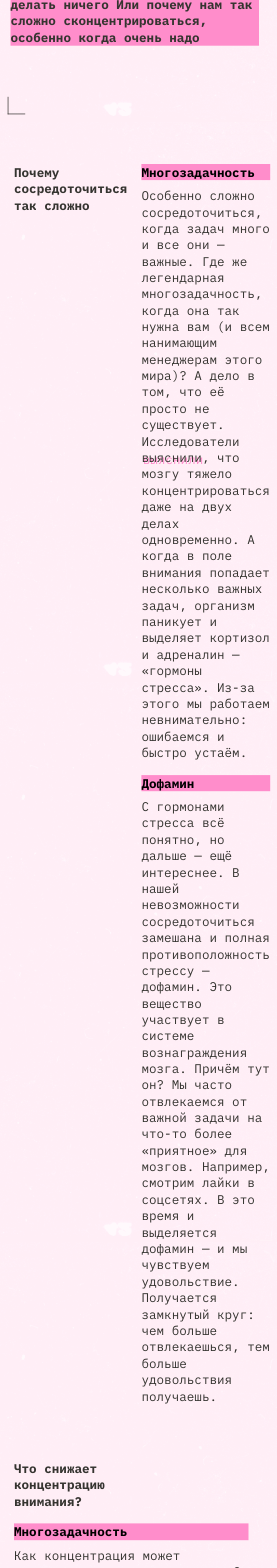
Repository: Hadoooouken/slozhno-sosredotochitsya
Page: index.html
These files come from the project's save history. The page is drawn as it stood at one moment and after the next save; the edit follows.
The browser window is 375 px wide. The page is 396 px wide, so the pictures cover 396 px, including what lies to the right of the window. The pictures show the part of the page from y = 625 to 2865 px (the page is 8600 px tall), at 70% of full size.
Backgrounds fixed to the window are drawn as part of the page.

Above is the page before, as saved 2024-01-24 21:30:47.

### index.html
<!DOCTYPE html>
<html lang="ru">
  <head>
    <meta charset="UTF-8" />
    <meta http-equiv="X-UA-Compatible" content="IE=edge" />
    <meta name="viewport" content="width=device-width, initial-scale=1.0" />
    <meta name="color-scheme" content="dark light" />
    <link rel="icon" href="images/favicon.svg" sizes="any" />
    <link rel="stylesheet" href="fonts/fonts.css" />
    <link rel="stylesheet" href="styles/globals.css" />
    <link rel="stylesheet" href="./styles/variables.css" />
    <link rel="stylesheet" href="scripts/script.js" />
    <link rel="stylesheet" href="./styles/style.css" />
    <link rel="stylesheet" href="./styles/dark.css" />
    <link rel="stylesheet" href="./styles/light.css" />
    <title>Сложно сосредоточиться</title>
  </head>
  <body class="page">
    <header class="header decorated-zone">
      <div class="decoration-element" aria-hidden="true"></div>
      <nav class="header__theme-menu">
        <ul class="header__theme-menu-list">
          <li class="header__theme-menu-item">
            <button
              class="header__theme-menu-button header__theme-menu-button_type_light"
            >
              День
            </button>
          </li>
          <li class="header__theme-menu-item">
            <button
              class="header__theme-menu-button header__theme-menu-button_active header__theme-menu-button_type_auto"
              disabled
            >
              Авто
            </button>
          </li>
          <li class="header__theme-menu-item">
            <button
              class="header__theme-menu-button header__theme-menu-button_type_dark"
            >
              Неон
            </button>
          </li>
        </ul>
      </nav>
      <h1 class="header__title">no focus</h1>
      <div class="header__text title_decor">
        <p>
          Что делать, когда не можешь делать ничего Или&nbsp;почему нам так
          сложно сконцентрироваться, особенно когда очень надо
        </p>
      </div>
    </header>
    <main class="main">
      <section class="section">
        <article class="focus__block">
          <h2 class="section__title">Почему сосредоточиться так сложно</h2>

          <div>
            <h2 class="section__sub-title title_decor">Многозадачность</h2>
            <p class="section__text">
              Особенно сложно сосредоточиться, когда задач много и все они —
              важные. Где же легендарная многозадачность, когда она так нужна
              вам (и всем нанимающим менеджерам этого мира)? А дело в том, что
              её просто не существует. Исследователи
              <a
                class="text__link"
                href="https://dana.org/article/multicosts-of-multitasking/"
                target="_blank"
                >выяснили</a
              >, что мозгу тяжело концентрироваться даже на двух делах
              одновременно. А когда в поле внимания попадает несколько важных
              задач, организм паникует и выделяет кортизол и адреналин —
              «гормоны стресса». Из-за этого мы работаем невнимательно:
              ошибаемся и быстро устаём.
            </p>
            <h2 class="section__sub-title title_decor">Дофамин</h2>
            <p class="section__text">
              С гормонами стресса всё понятно, но дальше — ещё интереснее. В
              нашей невозможности сосредоточиться замешана и полная
              противоположность стрессу — дофамин. Это вещество участвует в
              системе вознаграждения мозга. Причём тут он? Мы часто отвлекаемся
              от важной задачи на что-то более «приятное» для мозгов. Например,
              смотрим лайки в соцсетях. В это время и выделяется дофамин — и мы
              чувствуем удовольствие. Получается замкнутый круг: чем больше
              отвлекаешься, тем больше удовольствия получаешь.
            </p>
          </div>
        </article>
      </section>
      <section class="section">
        <article class="concentration__block">
          <div class="concentration">
            <h2 class="section__title">Что снижает концентрацию внимания?</h2>
          </div>

          <div class="multitasking">
            <h2 class="section__sub-title title_decor">Многозадачность</h2>
            <p class="section__text">
              Как концентрация может снижаться из-за… концентрации? Любая
              стрессовая ситуация (и резко меняющийся мир в целом) заставляет
              наш мозг постоянно «сканировать» окружающую среду на предмет
              опасности. Например, читать новости вместо работы. Но быть
              собранными всё время — невозможно. Концентрация — мышца, и она
              может не выдержать, если не давать ей отдохнуть.
            </p>
          </div>
          <div class="eat">
            <h2 class="section__sub-title title_decor">Еда</h2>
            <p class="section__text">
              «Быстрые углеводы» — сахар, белый хлеб, сладости — молниеносно
              доставляют в мозг энергию и помогают ему лучше работать. Но уходит
              эта энергия также быстро, как и приходит. А мы в результате
              попадаем на «углеводные качели»: как только действие «быстрых
              углеводов» заканчивается, мы чувствуем усталость и сонливость. И
              хотим ещё больше быстрых углеводов.
            </p>
          </div>
          <div class="gadgets">
            <h2 class="section__sub-title title_decor">Гаджеты</h2>
            <p class="section__text">
              Да-да, это та самая ситуация, когда на экране ноутбука — код, в
              наушниках — подкаст, а на компьютере фоном — ещё и видео с
              забавными утятами. В результате мозг пытается переключиться с
              одной задачи на другую — и просто не может. А чтобы вернуться к
              состоянию полной концентрации, человеку в среднем нужно 20 минут.
              Вот и получается, что чем больше времени мы проводим в гаджетах,
              тем больше времени затем нужно, чтобы вернуться к работе.
            </p>
          </div>
        </article>
      </section>
      <section class="section">
        <article class="how__block">
          <h2 class="section__title">
            Как концентрироваться лучше, чем золотая рыбка (то есть дольше трёх
            секунд)
          </h2>
          <div>
            <h2 class="concentration__title title_decor">
              5 простых (на самом деле не очень) советов
            </h2>
            <h2 class="concentration__sub-title title_decor">
              Представьте небо и облака
            </h2>
            <p class="concentration__text">
              Или листья в ручье. Тут дело в лёгкой медитации, которая помогает
              успокоиться. Ведь часто именно тревожные мысли о сложных задачах
              как раз и мешают эти сложные задачи делать. В такие моменты можно
              закрыть глаза и представить, что чистое небо — это вы, а облака —
              тревожные мысли. И сколько бы их ни было — ясное небо всегда будет
              где-то там, за тучами, и никуда не денется. Это упражнение поможет
              вернуться в настоящий момент, а не волноваться о потенциальных
              проблемах из будущего.
            </p>
            <h2 class="concentration__sub-title title_decor">
              Включите музыку
            </h2>
            <p class="concentration__text">
              Но не любую, и не любимую. Любимая может быть связана с сильными
              положительными эмоциями, которые тоже очень сильно отвлекают.
              Подойдёт тихая, спокойная, умеренно-ритмичная. Можно вообще
              попробовать включить плейлист в «белым шумом» или нейромузыкой.
            </p>
            <h2 class="concentration__sub-title title_decor">Прогуляйтесь</h2>
            <p class="concentration__text">
              Или даже пробегитесь. Лучше найти парк или лес: один эксперимент
              <a
                class="text__link"
                href="https://www.sciencedirect.com/science/article/abs/pii/S0272494415000328"
                target="_blank"
                >показал</a
              >, что созерцание природы повышает концентрацию, в то время как
              после просмотра городских пейзажей она наоборот понижается. Можно
              совместить прогулку с физическими упражнениями или бегом — так в
              мозг поступит ещё больше кислорода и он будет лучше работать. Но и
              простая двадцатиминутная прогулка — тоже отличный вариант.
            </p>
            <h2 class="concentration__sub-title title_decor">Хорошо ешьте</h2>
            <p class="concentration__text">
              Мы — не ваша бабушка, но это правда важно. Выбирайте продукты,
              которые препятствуют резким скачкам сахара в крови. Например, с
              высоким содержанием клетчатки: овощи, ягоды, бобовые (нут,
              чечевица, фасоль), коричневый рис, хлеб из цельнозерновой пшеницы.
            </p>
            <h2 class="concentration__sub-title title_decor">Читайте</h2>
            <p class="concentration__text">
              Настоящие бумажные книги. Это правда помогает с концентрацией:
              чтобы прочитать пост в соцсети, достаточно нескольких минут или
              даже секунд. А вот интересная книга способна затянуть и на
              несколько часов и круто тренирует направленное внимание.
            </p>
          </div>
        </article>
      </section>
      <section class="gallery__section section">
        <h2 class="gallery__title section__sub-title title_decor">
          А можно в картинках?
        </h2>
        <ul class="gallery__list">
          <li class="galery__list-item sunset">
            <img
              class="galery__img"
              loading="lazy"
              src="./images/sunset.png"
              alt="закат"
            />
          </li>
          <li class="galery__list-item ice-cream">
            <img
              class="galery__img"
              loading="lazy"
              src="./images/ice-cream.png"
              alt="мороженное"
            />
          </li>
          <li class="galery__list-item tape">
            <img
              class="galery__img"
              loading="lazy"
              src="./images/tape.png"
              alt="кассеты"
            />
          </li>
          <li class="galery__list-item books">
            <img
              class="galery__img"
              loading="lazy"
              src="./images/books.png"
              alt="книги"
            />
          </li>
          <li class="galery__list-item street">
            <img
              class="galery__img"
              loading="lazy"
              src="./images/street.png"
              alt="улица"
            />
          </li>
        </ul>
      </section>
    </main>
    <footer class="footer">
      <div class="decorated-zone"></div>
      <h2 class="footer__title">focus</h2>
    </footer>

    <script src="./scripts/script.js"></script>
  </body>
</html>

### styles/variables.css
:root {
  /*
  Переменные для вашего проекта
  и их переопределение под различные устройства
*/

  ---button-color: #ff0070;
  --decoration-element: #ff0070;
  --background-image: url(/images/cover-image-dark.png);
  --hover-color: rgb(255 0 112 / 0.4);
  --main-font: "IBM Plex mono" sans-serif;
  --focus-color: #ff0070;
  --main-title: #DB00FF;
  --sub-title-color: #000028;
  --backgroundg-sub-title: #FF0070;
  --title-color: #ff0070;
  --text-color: #f1b2ce;
  --bg-color: #000028;
  --link-color: #ff0070;
  --link-status:#F1B2CE;
  --shadow-color:#ff0070;


}

### scripts/script.js
const themeButtons = document.querySelectorAll('.header__theme-menu-button');

themeButtons.forEach((button) => {
  button.addEventListener('click', () => {
    themeButtons.forEach((btn) => {
      btn.classList.remove('header__theme-menu-button_active');
      btn.removeAttribute('disabled');
    });
    if (
      [...button.classList].includes('header__theme-menu-button_type_light')
    ) {
      changeTheme('light');
    } else if (
      [...button.classList].includes('header__theme-menu-button_type_dark')
    ) {
      changeTheme('dark');
    } else {
      changeTheme('auto');
    }
    button.classList.add('header__theme-menu-button_active');
    button.setAttribute('disabled', true);
  });
});

function changeTheme(theme) {
  document.body.className = 'page';
  document.body.classList.add(`theme_${theme}`);
  localStorage.setItem('theme', theme);
}

function initTheme() {
  const theme = localStorage.getItem('theme');
  if (theme) {
    changeTheme(theme);
    themeButtons.forEach((btn) => {
      btn.classList.remove('header__theme-menu-button_active');
      btn.removeAttribute('disabled');
    });
    document
      .querySelector(`.header__theme-menu-button_type_${theme}`)
      .classList.add('header__theme-menu-button_active');
    document
      .querySelector(`.header__theme-menu-button_type_${theme}`)
      .setAttribute('disabled', true);
  }
}

initTheme();

### styles/style.css
/* Основные стили проекта. Это стили для темы, которую вы верстаете первой. */

.page {
  /* сохраните в разметке и стилях класс page. На его основе работает скрипт. */

  background-color: var(--bg-color);
  background-image: var(--background-image);
  background-attachment: fixed;
  background-position: center;
  background-size: cover;
  font-family: "IBM Plex mono";
  font-size: 18px;
}
.section {
  padding: 0px 20px;
}

.header {
  position: relative;
  block-size: 100vh;
  min-block-size: 375px;
  padding: 20px;
  display: grid;
  grid-template-rows: 1fr min-content 1fr;
  justify-items: start;
}

.decorated-zone::before {
  content: "";
  position: absolute;
  border-block-start: 1px solid var(--decoration-element);
  border-inline-end: 1px solid var(--decoration-element);
  right: 20px;
  top: 20px;
  width: 25px;
  height: 25px;
}

.decorated-zone::after {
  content: "";
  position: absolute;
  border-block-end: 1px solid var(--decoration-element);
  border-inline-start: 1px solid var(--decoration-element);
  left: 20px;
  bottom: 20px;
  width: 25px;
  height: 25px;
}
.decoration-element {
  position: absolute;
  right: 48px;
  top: 21px;
}

.decoration-element::before {
  content: "REC";
  color: var(--decoration-element);
  font-family: inherit;
  display: inline-block;
}

.decoration-element::after {
  content: "";
  background-color: var(--decoration-element);
  width: 9px;
  height: 9px;
  border-radius: 50%;
  display: inline-block;
  box-shadow: 0px 0px 4px 2px var(--decoration-element);
  top: 6px;
  left: 42px;
  position: absolute;
}

.header__title {
  font-family: var(--main-font);
  font-size: clamp(7.5rem, 0.5625rem + 14.4531vw, 9.8125rem);
  color: var(--main-title);
  line-height: 82.5%;
  text-shadow: 4px 4px 0 var(--shadow-color);
  margin-inline-start: -20px;
}

.header__theme-menu {
  justify-self: center;
}

.header__text {
  font-size: 18px;
  justify-self: end;
  max-width: 491px;
  align-self: center;
  font-weight: 700;
  color: var(--sub-title-color);
  line-height: 23.4px;
}

.title_decor {
  background-color: var(--backgroundg-sub-title);
}

.header__theme-menu-list {
  display: flex;
  justify-content: center;
  gap: 10px;
}

.header__theme-menu-button {
  background-color: transparent;
  color: var(--button-color);
  border: none;
  text-transform: lowercase;
  line-height: 18px;
  padding: 2px 13px;
  cursor: pointer;
}

.header__theme-menu-button:focus {
  outline: none;
}

.header__theme-menu-button:focus-visible {
  text-decoration: underline;
  outline: none;
  color: var(--focus-color);
}

.header__theme-menu-button:hover {
  outline: 1px solid var(--hover-color);
}

.header__theme-menu-button_active {
  pointer-events: none;
  outline: 1px solid var(--button-color);
}

.main {
  padding-top: 60px;
}

.focus__block {
  display: grid;
  grid-template-columns: 1fr 2fr;
  gap: 10px;
}

.section__title {
  font-weight: 700;
  color: var(--title-color);
  font-size: inherit;
  line-height: 23.4px;
}

.section__sub-title {
  font-size: inherit;
  line-height: 23.4px;
  margin-block-end: 10px;
  font-weight: 700;
}

.section__text {
  font-size: inherit;
  line-height: 23.4px;
  color: var(--text-color);
  font-weight: 400;
  margin-block-end: 20px;
}
.section__text:last-child {
  margin-block-end: 0px;
}

.text__link {
  text-decoration: none;
  cursor: pointer;
  text-shadow: 2px 2px 0 var(--link-color);
}

.text__link:hover {
  border-bottom: 1px solid var(--link-status);
}

.text__link:focus {
  outline: none;
}

.text__link:focus-visible {
  outline: 1px solid var(--link-status);
  outline-offset: 0px;
}

.concentration__block {
  padding-top: 80px;
  display: grid;
  grid-template-columns: repeat(3, 1fr);
  grid-template-rows: repeat(2, min-content);
  grid-column-gap: 20px;
  grid-row-gap: 20px;
  grid-template-areas:
    "concentration . ."
    "multitasking eat gadgets";
}

.concentration {
  grid-area: concentration;
}

.multitasking {
  grid-area: multitasking;
}
.eat {
  grid-area: eat;
}

.gadgets {
  grid-area: gadgets;
}

.how__block {
  padding-top: 80px;
  display: grid;
  grid-template-columns: 1fr 2fr;
  grid-column-gap: 10px;
}

.concentration__title {
  font-size: inherit;
  line-height: 23.4px;
  margin-block-end: 20px;
  font-weight: 700;
}

.concentration__sub-title {
  font-weight: 400;
  font-size: inherit;
  line-height: 23.4px;
  margin-block-end: 10px;
}

.concentration__text {
  font-size: inherit;
  line-height: 23.4px;
  color: var(--text-color);
  font-weight: 400;
  margin-block-end: 20px;
}

.concentration__text:last-child {
  margin-block-end: 0px;
}

.gallery__section {
  padding-top: 80px;
}

.gallery__list {
  margin-block-start: 20px;
  margin-block-end: 60px;
  display: grid;
  grid-template-columns: repeat(3, 1fr);
  grid-template-rows: 260px 315px 428px;
  grid-column-gap: 20px;
  grid-row-gap: 22px;
  grid-template-areas:
    "sunset sunset ice-cream"
    "tape books ice-cream"
    "tape street street";
}

.galery__img {
  block-size: 100%;
  object-fit: cover;
  object-position: center;
  inline-size: 100%;
}

.sunset {
  grid-area: sunset;
}
.ice-cream {
  grid-area: ice-cream;
}
.tape {
  grid-area: tape;
}
.books {
  grid-area: books;
}
.street {
  grid-area: street;
}

.footer {
  display: flex;
  justify-content: center;
  align-items: center;
  block-size: 100vh;
  min-block-size: 375px;
  padding: 20px;
  position: relative;
}

.footer__title {
  font-family: var(--main-font);
  font-size: clamp(7.5rem, 0.5625rem + 14.4531vw, 9.8125rem);
  color: var(--main-title);
  line-height: 82.5%;
  text-shadow: 2px 2px 0px var(--shadow-color);
}

@media (max-width: 768px) {
  .header__theme-menu-list {
    display: flex;
    flex-direction: column;
  }
  .header__theme-menu {
    justify-self: end;
    align-self: center;
    display: block;
  }
  .header__theme-menu-button {
    padding: 4px 13px;
  }
  .header__text {
    max-width: 364px;
    justify-items: center; /*хз что тут*/
  }
  .focus__block {
    gap: 20px;
  }
  .section__title {
    max-width: 236px;
  }
  .concentration__block {
    grid-template-columns: none;

    grid-template-areas:
      "concentration"
      "multitasking"
      "eat"
      "gadgets";
  }
  .how__block {
    grid-column-gap: 20px;
  }
  .gallery__list {
    grid-template-rows: auto;
    grid-row-gap: 15px;
    grid-column-gap: 23px;
  }
}

@media (max-width: 375px) {
  .header {
    padding: 10px;
  }

  .decorated-zone::before {
    right: 11px;
    top: 11px;
  }

  .decorated-zone::after {
    left: 11px;
    bottom: 11px;
  }

  .decoration-element {
    right: 38px;
    top: 12px;
  }

  .header__title {
    margin: 0;
  }
  .header__theme-menu-button {
    padding: 4px 18px;
  }

  .header__theme-menu-button:hover {
    outline-offset: -1px;
  }

  .header__theme-menu-button_active {
    outline-offset: -1px;
  }

  .header__text {
    max-width: 355px;
    justify-items: start; /*хз что тут*/
  }
  .focus__block {
    .focus__block {
      display: grid;
      grid-template-columns: 1fr 2fr;
      gap: 10px;
  }
}

### styles/dark.css
/*
  Специально для тёмной темы при наличии класса,
  здесь окажутся стили, которые нужно переопределить принудительно,
  переключая тему
*/

.page.theme_dark {
  /* сохраните этот селектор в приведённом виде.
    Так стили написанные ниже будут иметь больший вес,
    чем стили в медиазапросе предпочтений пользователя
  */
  --button-color: #ff0070;
  --decoration-element: #ff0070;
  --background-image: url(/images/cover-image-dark.png);
  --hover-color: rgb(255 0 112 / 0.4);
  --main-font: "IBM Plex mono" sans-serif;
  --focus-color: #ff0070;
  --main-title: #DB00FF;
  --sub-title-color: #000028;
  --backgroundg-sub-title: #FF0070;
  --title-color: #ff0070;
  --text-color: #f1b2ce;
  --bg-color: #000028;
  --link-color: #ff0070;
  --link-status:#F1B2CE;
  --shadow-color:#ff0070;

}

### styles/light.css
/*
  Специально для светлой темы при наличии класса.
  Здесь окажутся стили, которые нужно переопределить принудительно,
  переключая тему
*/

.page.theme_light {
  /* сохраните этот селектор в приведённом виде.
    Так стили написанные ниже будут иметь больший вес,
    чем стили в медиазапросе предпочтений пользователя
  */
  --button-color: #353430;
  --decoration-element: #353430;
  --background-image: url(/images/cover-image-light.png);
  --hover-color: rgb(50 49 45 / 0.4);
  --main-font: "IBM Plex mono" sans-serif;
  --focus-color: #353430;
  --main-title: #ffc2e6;
  --sub-title-color: #353430;
  --backgroundg-sub-title: #ff8dcb;
  --title-color: #353430;
  --text-color: #353430;
  --bg-color: #fff1f7;
  --link-color: #ff8dcb;
  --link-status: #353430;
  --shadow-color: #ff0070;
}

@media (prefers-color-scheme: light) {
  :root {
    --button-color: #353430;
    --decoration-element: #353430;
    --background-image: url(/images/cover-image-light.png);
    --hover-color: rgb(50 49 45 / 0.4);
    --main-font: "IBM Plex mono" sans-serif;
    --focus-color: #353430;
    --main-title: #ffc2e6;
    --sub-title-color: #353430;
    --backgroundg-sub-title: #ff8dcb;
    --title-color: #353430;
    --text-color: #353430;
    --bg-color: #fff1f7;
    --link-color: #ff8dcb;
    --link-status: #353430;
    --shadow-color: #ff0070;
  }
  .theme_light .decoration-element {
    display: none;
  }
}

.theme_auto .decoration-element {
  display: none;
}

Loaded but not shown: fonts/fonts.css (common file); styles/globals.css (common file)

After the next save:
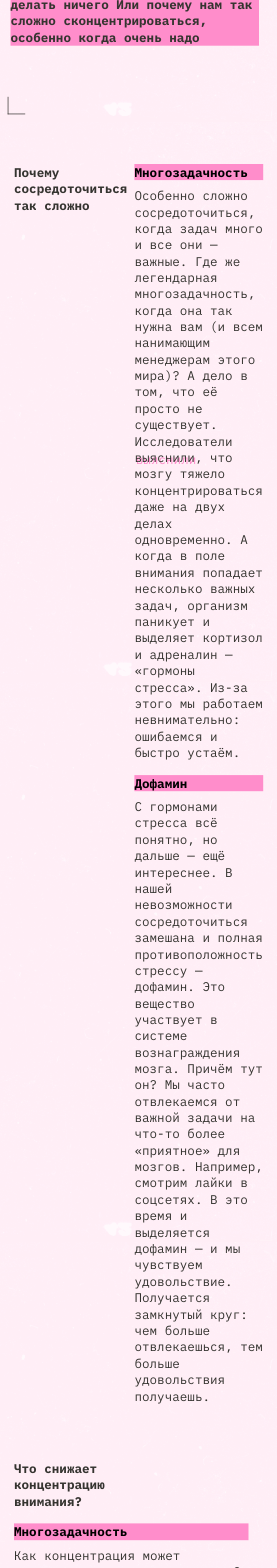
Saved 5 s later.
--- a/styles/style.css
+++ b/styles/style.css
@@ -389,9 +389,9 @@
     justify-items: start; /*хз что тут*/
   }
   .focus__block {
-    .focus__block {
+
       display: grid;
       grid-template-columns: 1fr 2fr;
       gap: 10px;
-  }
-}
+
+}

After the 3 saves that followed:
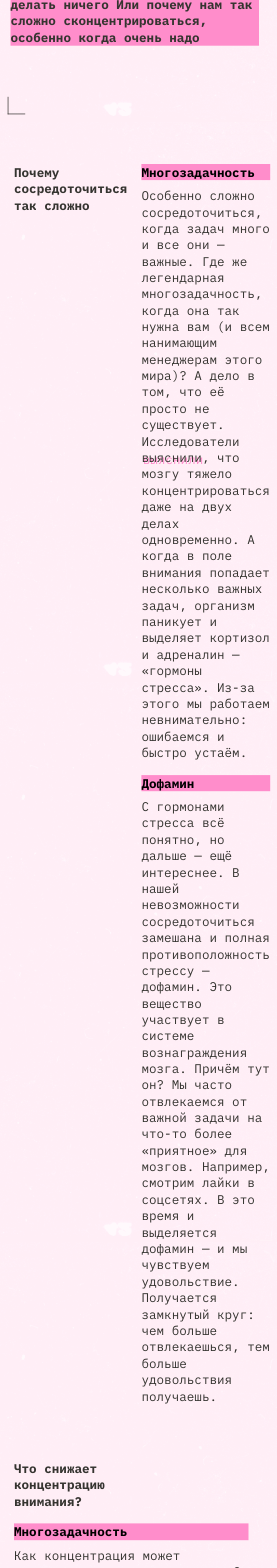
The 3 saves are shown as one change because 1 left the picture as it was and some came seconds apart.
The last was saved 27 s later.
--- a/styles/style.css
+++ b/styles/style.css
@@ -391,7 +391,7 @@
   .focus__block {
 
       display: grid;
-      grid-template-columns: 1fr 2fr;
-      gap: 10px;
-
-}
+      grid-template-columns: 1fr
+      gap: 10px;}
+
+}
